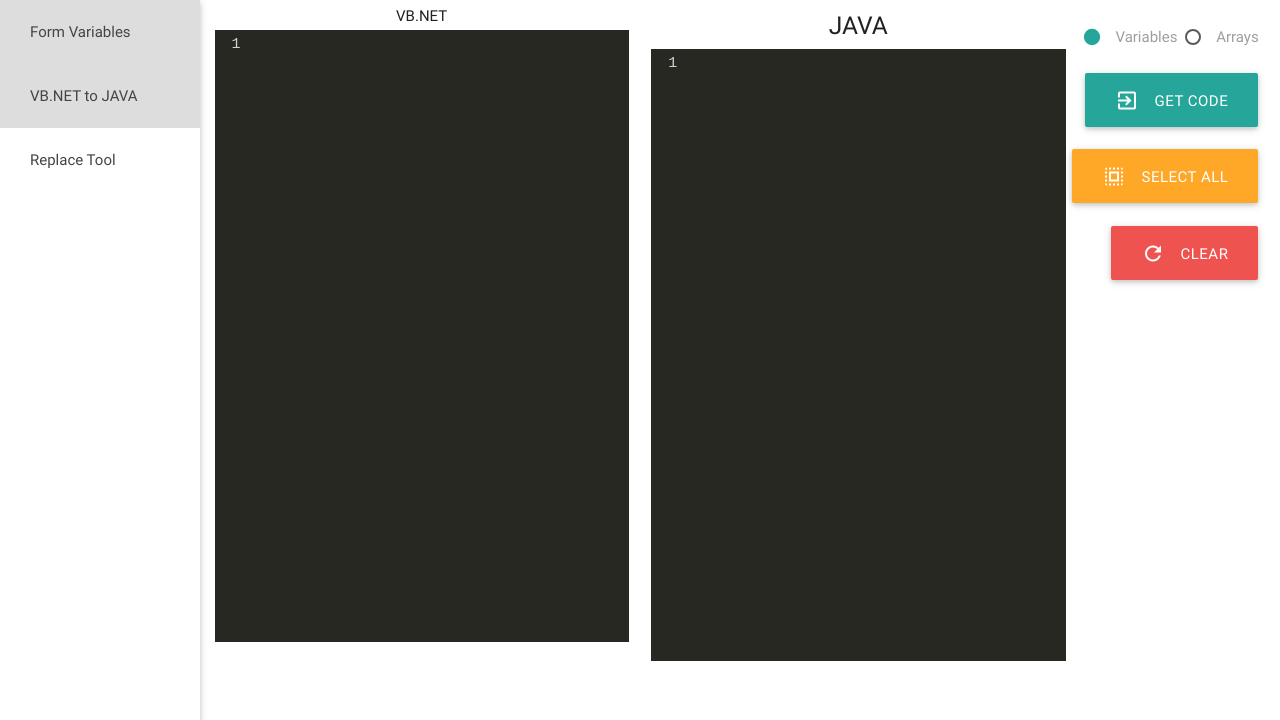
Repository: heyvin/heyvin-tools
Page: http://localhost/tools/convertparams.php
The author's editor kept a record of every edit. The page is drawn from the files as they stood at one moment, then again after the next edit.
The browser window is 1280 px wide. The pictures show the whole page.
The page is run by PHP 8.4 with error messages shown; the project is at /var/www/html/.

Above is the page before.

After the next edit:
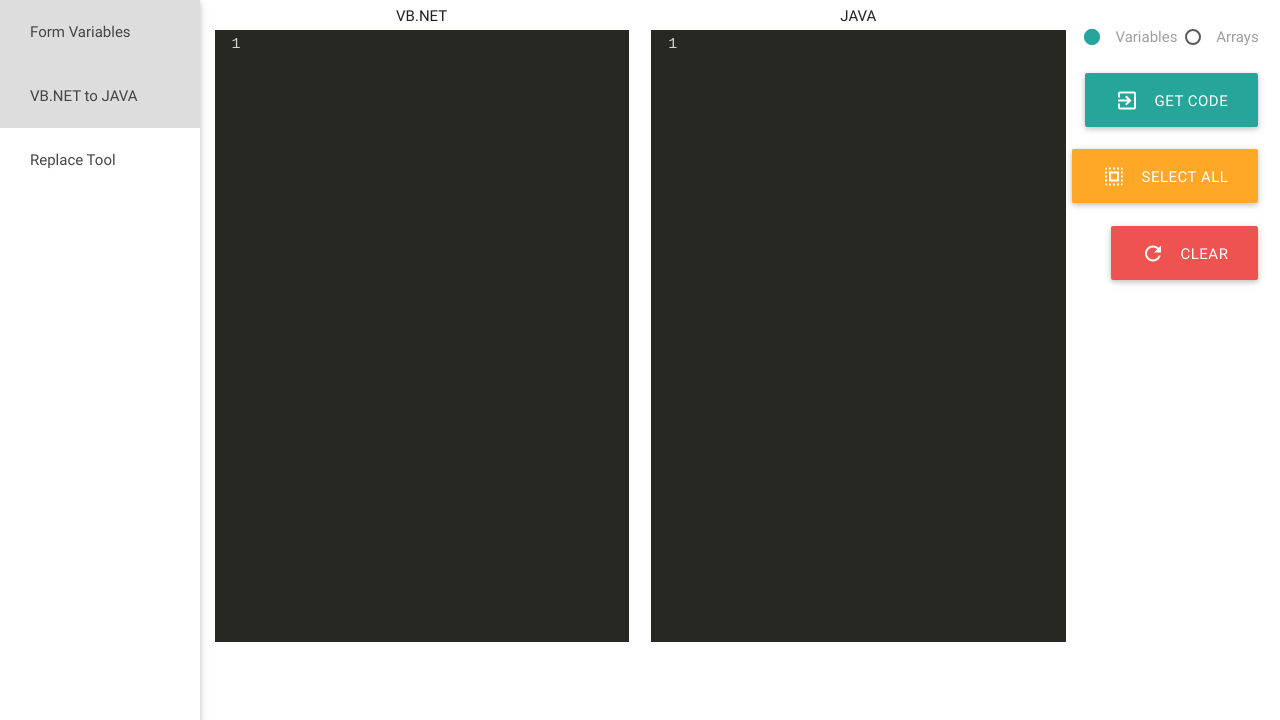
The edit:
--- a/tools/convertparams.php
+++ b/tools/convertparams.php
@@ -47,7 +47,7 @@
 					<textarea id="txtVb"></textarea>
 				</div>
 				<div class="col s6">
-					<div align="center"><h5>JAVA</h5></div>
+					<div align="center"><h6>JAVA</h6></div>
 					<textarea id="txtJava"></textarea>
 				</div>
 			</div>
